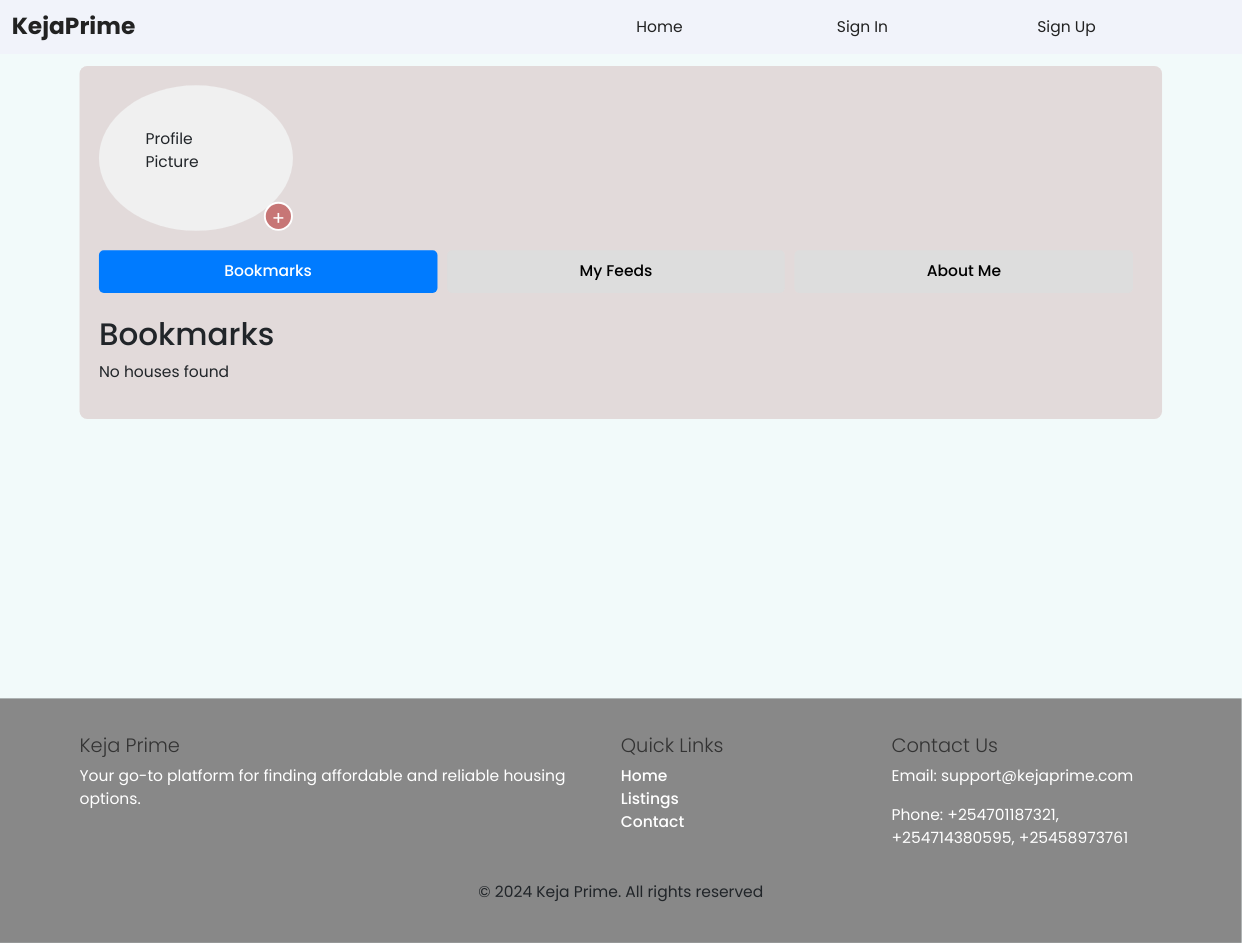
Repository: Pascal7601/kejaPrime
Page: /profile (app in frontend/)
These files come from the project's save history. The page is drawn as it stood at one moment and after the next save; the edit follows.
The browser window is 1280 px wide. The pictures show the whole page, at 97% of full size.
The page's requests for data from a server got no answer. The project was rebuilt for these pictures with package versions that can differ from the ones it lists, and the page was loaded fresh each time. No one was signed in, and anything a server would have sent is missing. Also part of the build but not shown: frontend/vite.config.js, frontend/src/styles/HeroSection.css, frontend/src/components/HeroSection.jsx, frontend/src/pages/Home.jsx, frontend/src/components/Houses.jsx, frontend/src/pages/Listings.jsx, frontend/src/styles/PostHouse.css, frontend/src/pages/PostHouse.jsx and 10 more.

Above is the page before, as saved 2024-10-22 14:42:55.

After the next save:
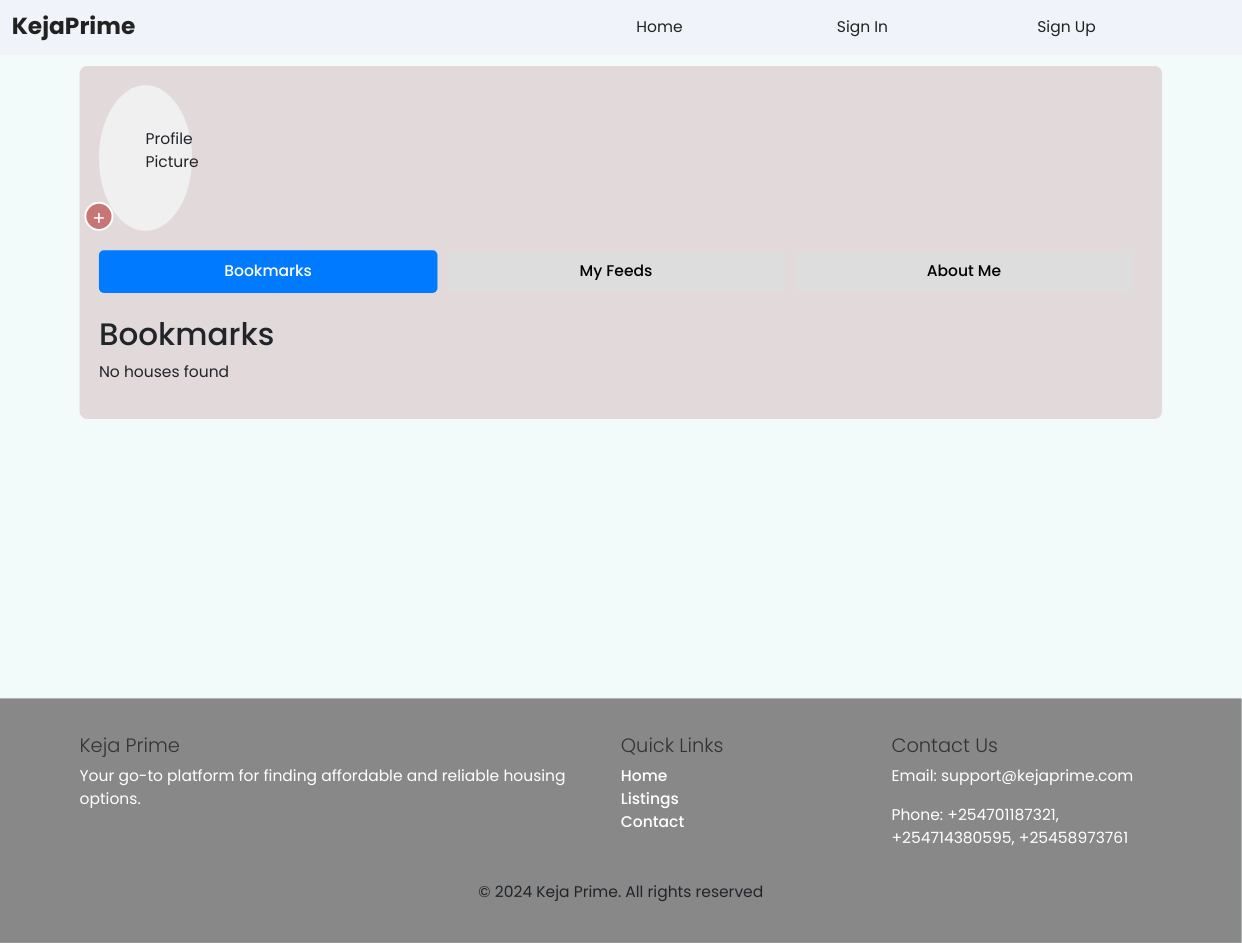
Saved 50 s later.
--- a/frontend/src/styles/Profile.css
+++ b/frontend/src/styles/Profile.css
@@ -58,7 +58,7 @@
 }
 .profile-picture-container {
   position: relative;
-  width: 200px; /* Adjust the size as needed */
+  width: 15px; /* Adjust the size as needed */
   height: 150px; /* Adjust the size as needed */
 }
 #file-upload {

After the save that followed:
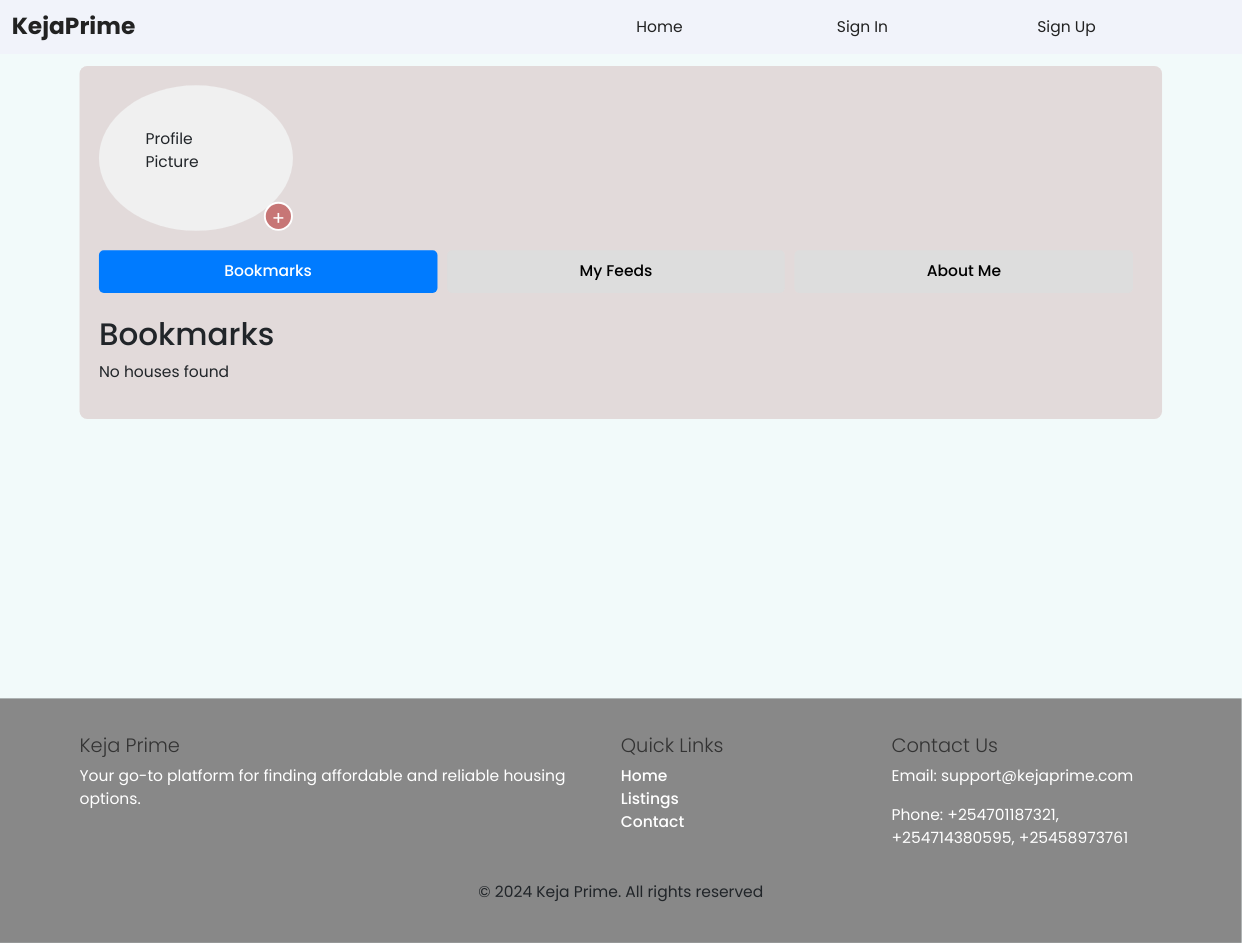
Saved 13 s later.
--- a/frontend/src/styles/Profile.css
+++ b/frontend/src/styles/Profile.css
@@ -58,7 +58,7 @@
 }
 .profile-picture-container {
   position: relative;
-  width: 15px; /* Adjust the size as needed */
+  width: 200px; /* Adjust the size as needed */
   height: 150px; /* Adjust the size as needed */
 }
 #file-upload {
